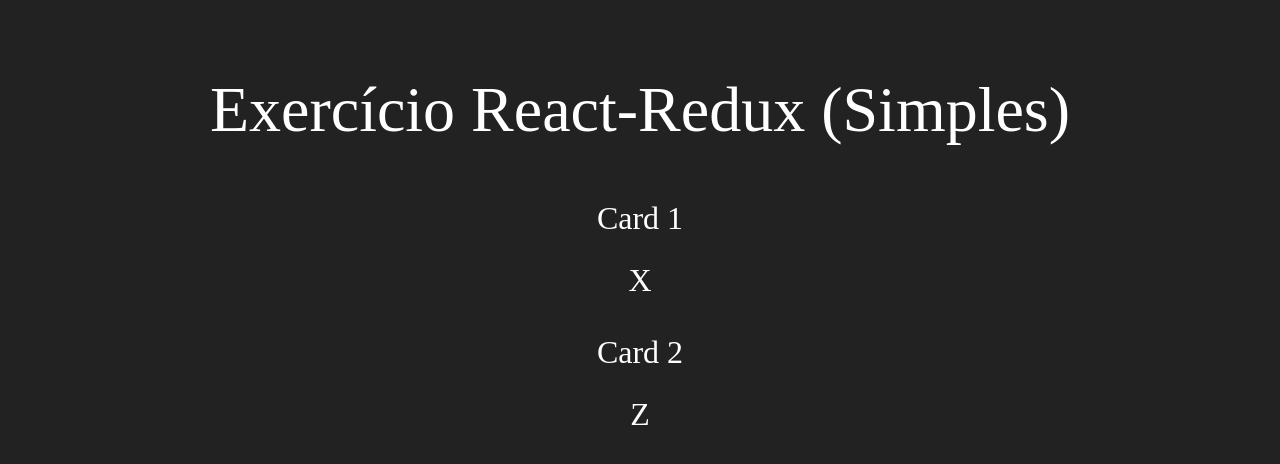
Repository: eversonps/redux-simples
Page: /
These files come from the project's save history. The page is drawn as it stood at one moment and after the next save; the edit follows.
The browser window is 1280 px wide. The pictures show the whole page.
The project was rebuilt for these pictures with package versions that can differ from the ones it lists, and the page was loaded fresh each time.

Above is the page before, as saved 2022-03-10 17:51:23.

After the next save:
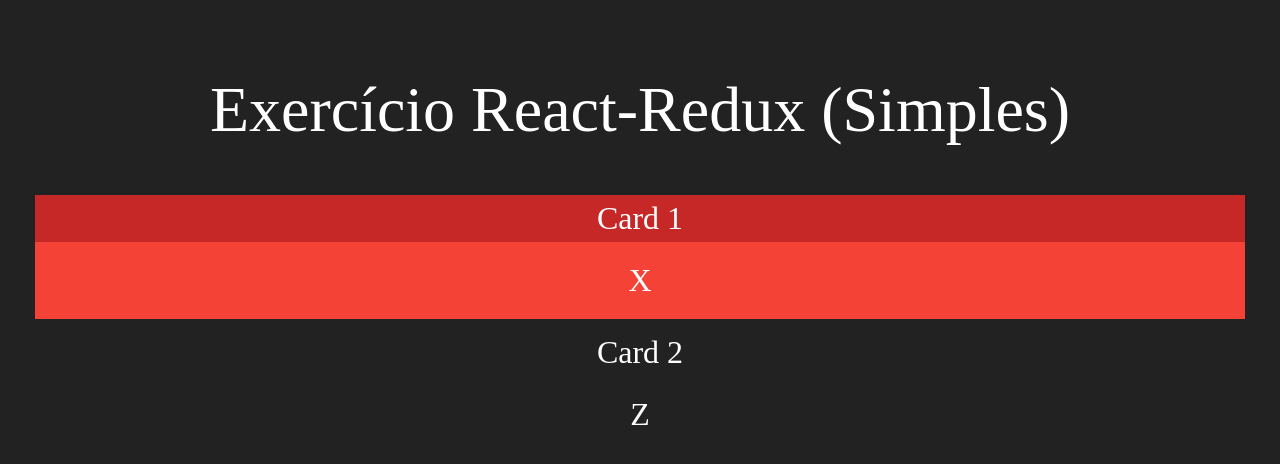
Saved 61 s later.
--- a/src/App.js
+++ b/src/App.js
@@ -6,7 +6,7 @@ function App() {
     <div className="App">
       <h1>Exercício React-Redux (Simples)</h1>
       <div className='linha'>
-        <Card title="Card 1">X</Card>
+        <Card title="Card 1" red>X</Card>
       </div>
       <div className='linha'>
         <Card title="Card 2">Z</Card>
